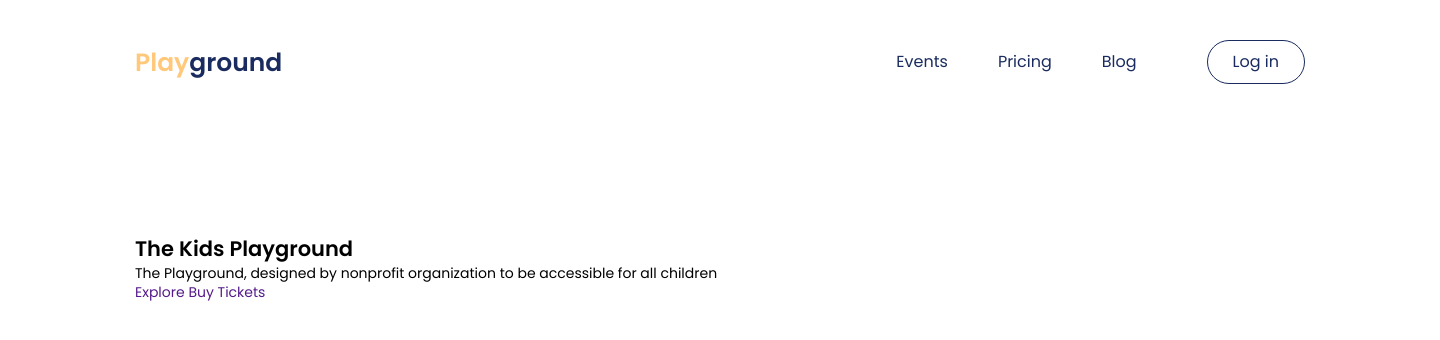
Repository: khuong30082000/the-playground
Page: index.html
These files come from the project's save history. The page is drawn as it stood at one moment and after the next save; the edit follows.
The browser window is 1280 px wide. The page is 1440 px wide, so the pictures cover 1440 px, including what lies to the right of the window. The pictures show the whole page.
The style sheet was rebuilt from its Sass, Less or Tailwind sources for each picture, by a compiler version that may differ from the author's.

Above is the page before, as saved 2022-04-25 13:12:06.

### index.html
<!DOCTYPE html>
<html lang="en">

<head>
    <meta charset="UTF-8" />
    <meta http-equiv="X-UA-Compatible" content="IE=edge" />
    <meta name="viewport" content="width=device-width, initial-scale=1.0" />
    <title>Document</title>
    <link rel="stylesheet" href="css/style.css" />
    <link rel="preconnect" href="https://fonts.googleapis.com" />
    <link rel="preconnect" href="https://fonts.gstatic.com" crossorigin />
    <link href="https://fonts.googleapis.com/css2?family=Poppins:wght@300;400;600&display=swap" rel="stylesheet" />
    <link rel="stylesheet"
        href="https://cdn.jsdelivr.net/npm/@fortawesome/fontawesome-free@5.15.4/css/fontawesome.min.css" />
</head>

<body>
    <div class="wrapper">
        <header class="header">
            <div class="container ">
                <div class="header__inner">
                    <a href="index.html" class="header__logo"><span class="header__logo-text">Play</span>ground</a>
                    <ul class="header__menu-list">
                        <li class="header__menu-item">
                            <a href="" class="header__menu-link">Events</a>
                        </li>
                        <li class="header__menu-item">
                            <a href="" class="header__menu-link">Pricing</a>
                        </li>
                        <li class="header__menu-item">
                            <a href="" class="header__menu-link">Blog</a>
                        </li>
                        <li class="header__menu-item">
                            <a href="" class="header__menu-link header__menu-login">Log in</a>
                        </li>
                    </ul>
                </div>
            </div>
        </header>
        <section class="banner">
            <div class="container">
                <h1 class="banner__heading">The Kids Playground</h1>
                <p class="banner__desc">The Playground, designed by nonprofit organization to be accessible for all
                    children</p>
                <div class="banner__bottom">
                    <a href="" class="banner__bottom-left">Explore</a>
                    <a href="" class="banner__bottom-right">Buy Tickets</a>
                </div>
            </div>
        </section>
    </div>
</body>

</html>

### scss/style.scss
@import "./variable";
@import "./mixins";
@import "./base";
@import  "./header";
@import  "./banner";

### scss/_variable.scss
$primary-color:#ffc87a;
$text-color:#1a2b5f

### scss/_mixins.scss
@mixin flex($align:flex-start,$justify:flex-start,$wrap:nowrap) {
   display:flex;
   align-items: $align;
   justify-content: $justify;
   flex-wrap: $wrap;
}

### scss/_base.scss
*,
*::before,
*::after {
    box-sizing: border-box;
}
* {
    margin: 0;
}

html,
body {
    height: 100%;
    font-size: 62.5%;
}
a {text-decoration: none;}
body {
    line-height: 1.5;
    -webkit-font-smoothing: antialiased;
    -webkit-tap-highlight-color: rgba(0, 0, 0, 0);
}
img {
    display: block;
    max-width: 100%;
}

input,
button,
textarea,
select {
    font: inherit;
    outline: none;
    border: none;
}
p,
h1,
h2,
h3,
h4,
h5,
h6 {
    overflow-wrap: break-word;
}
body {
    font-family: "Poppins", sans-serif;
   font-size: 1.4rem;
   line-height: 1.4;

}
.wrapper {
    width: 144rem;
    margin: 0 auto;
}
.container {
    max-width: 121rem;
    padding-left: 2rem;
    padding-right: 2rem;
    margin:0 auto;
}

### scss/_header.scss
.header {
  padding-top: 4rem;
  &__inner {
    @include flex(center, space-between);
  }
  &__menu {
    &-list {
      @include flex(center);
      list-style: none;
    }
    &-item {
      margin-left: 5rem;
      &:last-child {
        margin-left: 7rem;
      }
    }
    &-link {
      font-size: 1.6rem;
      color: $text-color;
      transition:color 0.25s linear , border 0.25s linear;
      &:hover {
        color: $primary-color;
      }
    }
    &-login {
      padding: 1rem 2.5rem;
      border: 1px solid;
      border-radius: 2.5rem;
      display: inline-block;
    }
  }
  &__logo {
    font-size: 2.5rem;
    font-weight: 600;
    color: $text-color;
    &-text {
      color: $primary-color;
    }
  }
}

### scss/_banner.scss
.banner {
    padding-top: 15rem;
}

After the next save:
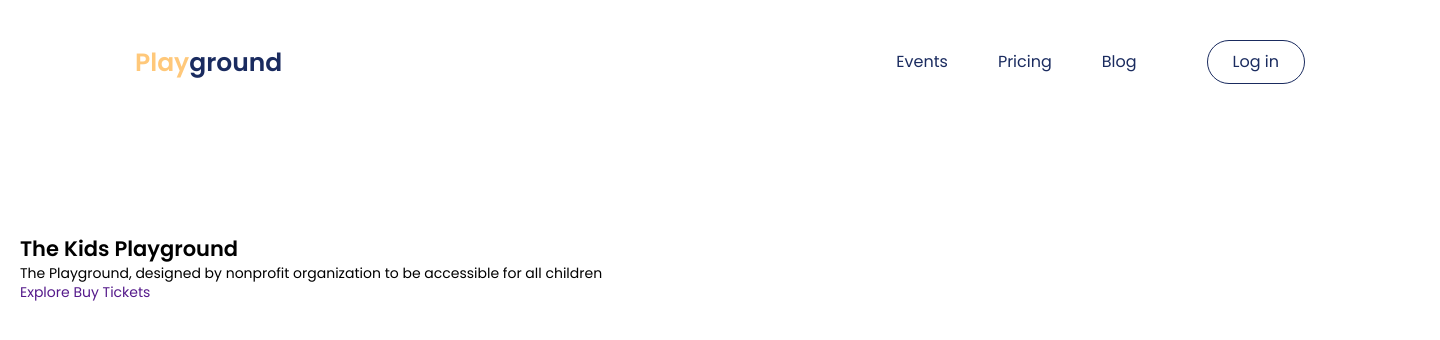
Saved 68 s later.
--- a/scss/_banner.scss
+++ b/scss/_banner.scss
@@ -1,3 +1,4 @@
 .banner {
     padding-top: 15rem;
+    max-width: 80rem;
 }

After the 3 saves that followed:
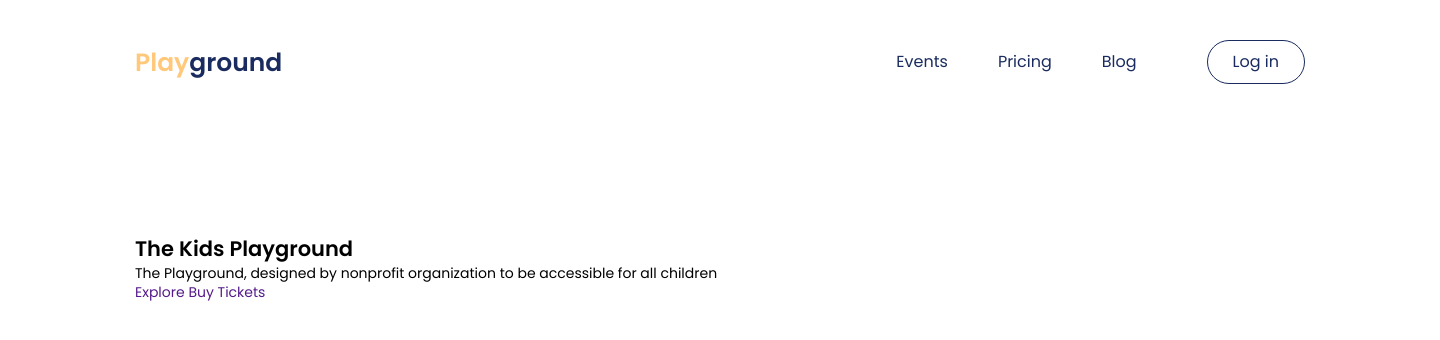
The 3 saves are shown as one change because 1 left the picture as it was and some came seconds apart.
The last was saved 25 s later.
--- a/scss/_banner.scss
+++ b/scss/_banner.scss
@@ -1,4 +1,4 @@
 .banner {
     padding-top: 15rem;
-    max-width: 80rem;
+
 }
